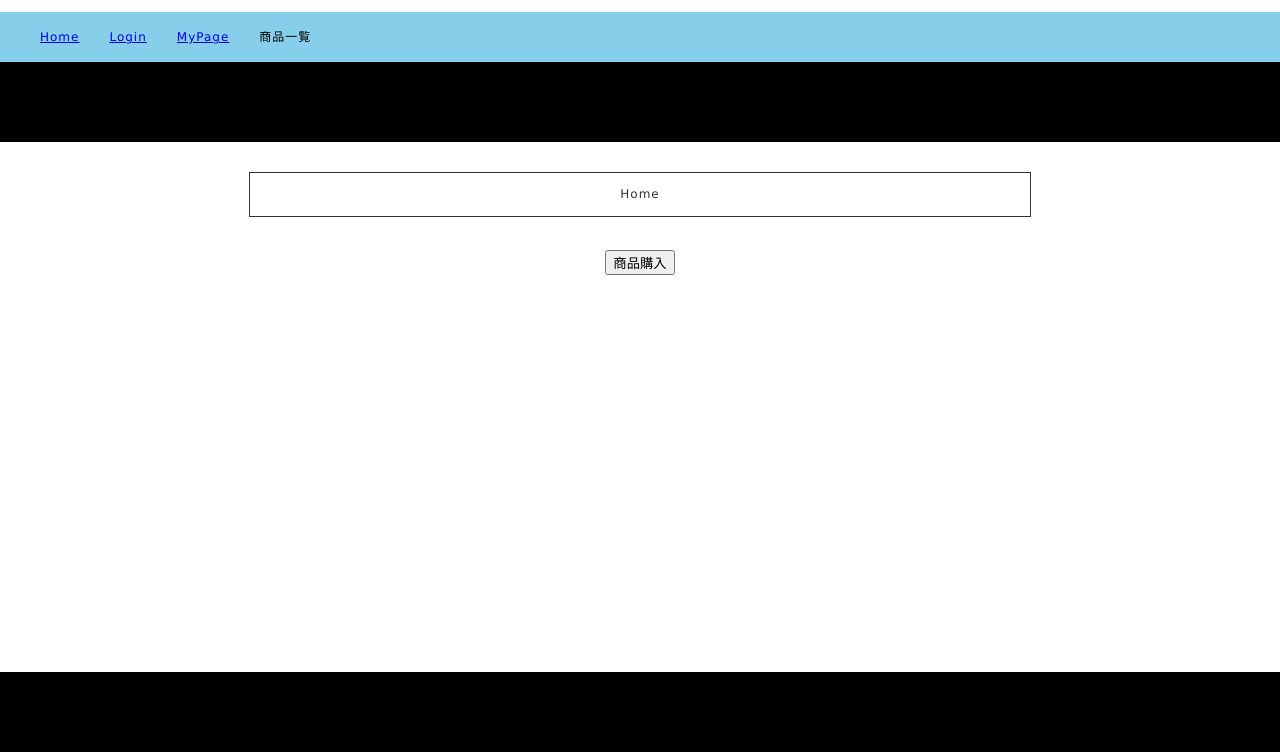
Repository: RYOYAEGAWA/test
Page: http://localhost/ecsite_a/
These files come from the project's save history. The page is drawn as it stood at one moment and after the next save; the edit follows.
The browser window is 1280 px wide. The pictures show the whole page.
The page is served by Tomcat 9. Other server files are loaded and not shown.

Above is the page before, as saved 2018-05-18 05:18:46.

### java/Eclipse_Data/ecsite_a/WebContent/home.jsp
<%@ page language="java" contentType="text/html; charset=UTF-8" pageEncoding="UTF-8"%>
<%@ taglib prefix="s" uri="/struts-tags" %>

<!DOCTYPE html>
<html>
<head>
		<meta http-equiv="Content-Type" content="text/html; charset=utf-8"/>
		<meta http-equiv="Content-Style-Type" content="text/css" />
		<meta http-equiv="Content-Script-Type" content="text/javascript" />
		<meta http-equiv="imagetoolbar" content="no" />
		<meta name="description" content="" />
		<meta name="keywords" content="" />
		<title>Home画面</title>

		<style type="text/css">
			body {
			margin:0;
			padding:0;
			line-height:1.6;
			letter-spacing:1px;
			font-family:Verdana, Helvetica, sans-serif;
			font-size:12px;
			color:#333;
			background:#fff;
			}

			table {
			text-align:center;
			margin:0 auto;
			}

			#top {
			width:780px;
			margin:30px auto;
			border:1px solid #333;
			}

			#header {
			width:100%;
			height:80px;
			background-color:black;
			}

			#main {
			width:100%;
			height:500px;
			text-align:center;
			}

			#footer {
			width:100%;
			height:80px;
			background-color:black;
			clear:both;
			}
			#text-center {
			display: inline-block;
			text-align: center;
}
		</style>

</head>
<body>
<s:include value="Header.jsp"></s:include>
		<div id="header">
			<div id ="pr">
			</div>
		</div>
		<div id="main">
			<div id="top">
				<p>Home</p>
			</div>
			<div id="text-center">
				<s:form action="HomeAction">
						<s:submit value="商品購入"/>
				</s:form>
				<s:if test="#session.id != null">
						<p>ログアウトする場合は
								<a href= '<s:url action="LogoutAction" />'>こちら</a></p>
				</s:if>
				</div>
			</div>
			<div id="footer">
					<div id="pr">
					</div>
			</div>

</body>
</html>

### java/Eclipse_Data/ecsite_a/WebContent/Header.jsp
<%@ page language="java" contentType="text/html; charset=UTF-8" pageEncoding="UTF-8"%>
<%@ taglib prefix="s" uri="/struts-tags" %>

<!DOCTYPE html>
<html>
<head>
		<meta http-equiv="Content-Type" content="text/html; charset=utf-8"/>
		<meta http-equiv="Content-Style-Type" content="text/css" />
		<meta http-equiv="Content-Script-Type" content="text/javascript" />
		<meta http-equiv="imagetoolbar" content="no" />
		<meta name="description" content="" />
		<meta name="keywords" content="" />
		<title>header表示</title>

		<style type="text/css">
		.contents {
		height:50px;
		width:100%;
		background-color:skyblue;
		line-height:30px;
		}

		li{
		float:left;
		list-style:none;
		color:black;
		padding-right:30px;
		padding-top:10px;


		}

		</style>
</head>
<body>

<header>
	<div class="contents">
		<ul>
			<li><a href='<s:url action="GoHomeAction"/>'>Home</a></li>
			<li><a href='<s:url action="HomeAction"/>'>Login</a></li>
			<li><a href='<s:url action="MyPageAction"/>'>MyPage</a></li>
			<li>商品一覧</li>
		</ul>
	</div>
</header>





</body>
</html>

After the next save:
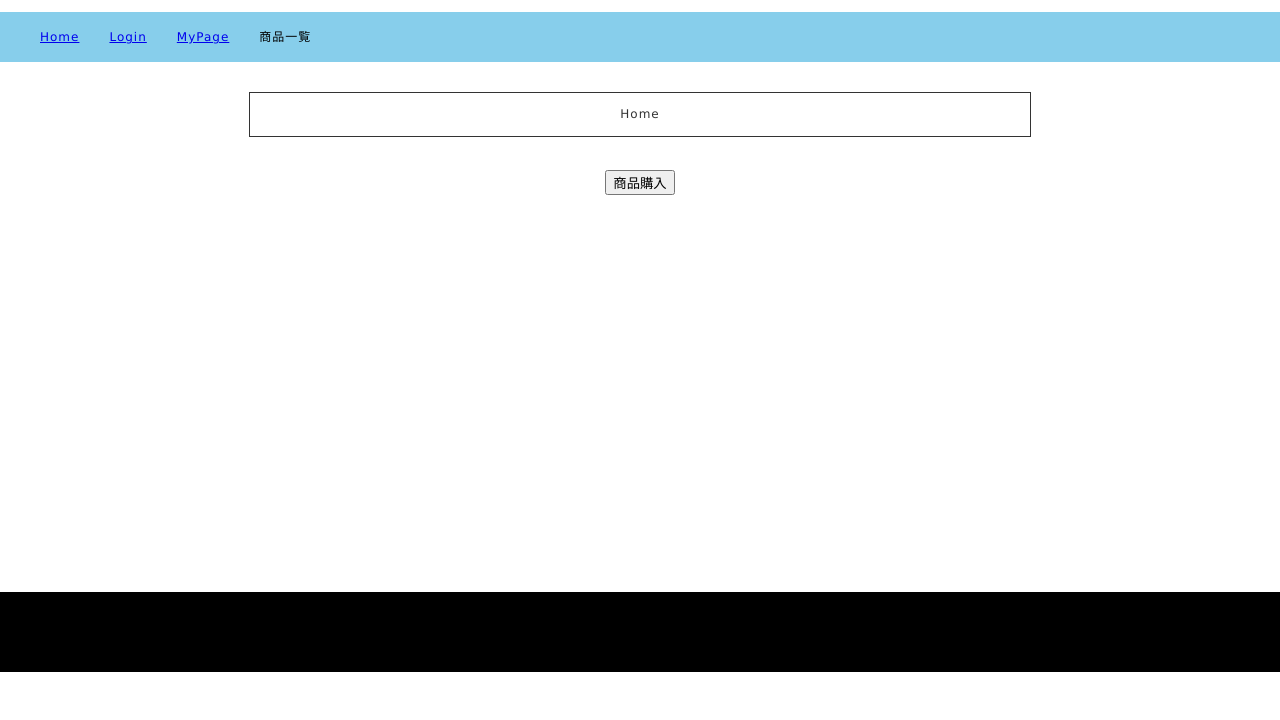
Saved 71 s later.
--- a/java/Eclipse_Data/ecsite_a/WebContent/home.jsp
+++ b/java/Eclipse_Data/ecsite_a/WebContent/home.jsp
@@ -35,11 +35,11 @@
 			border:1px solid #333;
 			}
 
-			#header {
+			/* #header {
 			width:100%;
 			height:80px;
 			background-color:black;
-			}
+			} */
 
 			#main {
 			width:100%;
@@ -62,10 +62,10 @@
 </head>
 <body>
 <s:include value="Header.jsp"></s:include>
-		<div id="header">
+		<!-- <div id="header">
 			<div id ="pr">
 			</div>
-		</div>
+		</div> -->
 		<div id="main">
 			<div id="top">
 				<p>Home</p>
